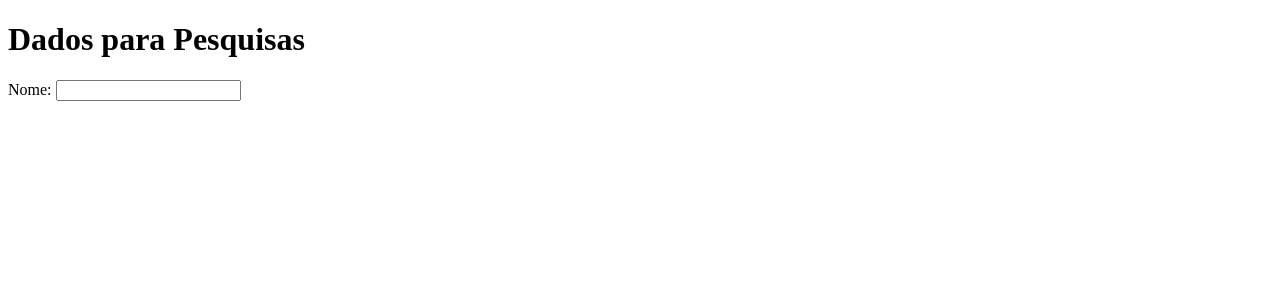
Repository: Marcelinalima/Java_JSP
Page: projeto_pesquisa/src/main/webapp/inserirPesquisa.html
These files come from the project's save history. The page is drawn as it stood at one moment and after the next save; the edit follows.
The browser window is 1280 px wide. The pictures show the whole page.

Above is the page before, as saved 2023-04-12 19:10:54.

### projeto_pesquisa/src/main/webapp/inserirPesquisa.html
<!DOCTYPE html>
<html>
<head>
<meta charset="UTF-8">
<title>Dados de Pesquisa</title>
</head>
<body>

   <h1> Dados para Pesquisas</h1>
   <form action=" /projeto_pesquisa/PesquisaInclusãoServlet" method="post">
     <p>Nome: <input type="text" name="">
   </form>

</body>
</html>

After the next save:
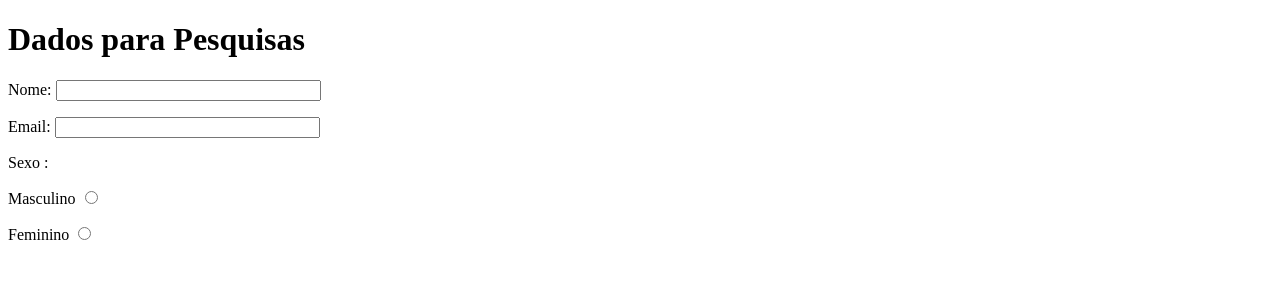
Saved 13 min 27 s later.
--- a/projeto_pesquisa/src/main/webapp/inserirPesquisa.html
+++ b/projeto_pesquisa/src/main/webapp/inserirPesquisa.html
@@ -7,8 +7,16 @@
 <body>
 
    <h1> Dados para Pesquisas</h1>
-   <form action=" /projeto_pesquisa/PesquisaInclusãoServlet" method="post">
-     <p>Nome: <input type="text" name="">
+
+  <form action=" /projeto_pesquisa/PesquisaInclusãoServlet" method="post">
+     <p>Nome: <input type="text" name="p_nome" size="30"></p>
+     <p>Email: <input type="email" name="p_email" size="30"></p>
+
+
+     <p> Sexo : </p>
+     <p>Masculino  <input type="radio" name="p_sexo" value="masculino"></p>
+     <p>Feminino  <input type="radio" name="p_sexo" value="feminino"></p>
+
    </form>
 
 </body>
